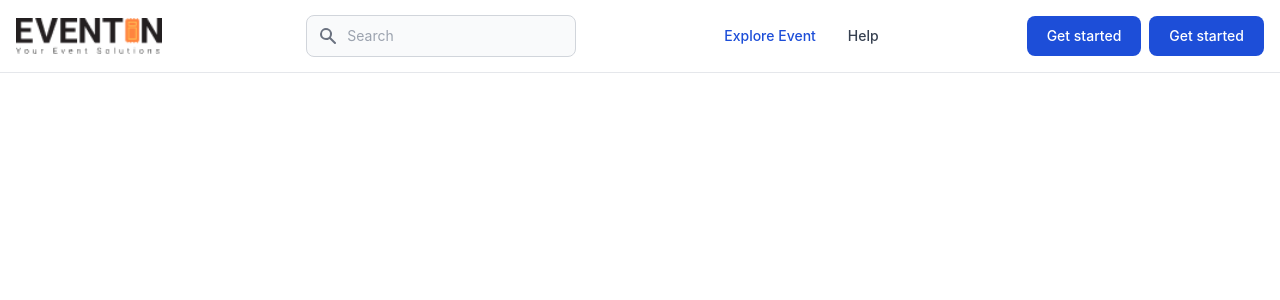
Repository: farrelmuhammad/eventon-indobild
Page: /
The author's editor kept a copy of each file at every save. The page is drawn from the files as they stood at one save, then again after the next save.
The browser window is 1280 px wide. The pictures show the whole page.
The project was rebuilt for these pictures with package versions that can differ from the ones it lists, and the page was loaded fresh each time. Also part of the build but not shown: src/App.css.

Above is the page before, as saved 2023-02-07 15:43:06.

### src/App.js
import logo from './logo.svg';
import './App.css';
import { Route, Routes } from 'react-router-dom';
import Home from './pages/Home';

function App() {
  return (
    <>
    <Routes>
      <Route exact path="/" element={<Home />} />
    </Routes>
    </>
  );
}

export default App;

### src/pages/Home.jsx
import React from 'react'
import Navbar from '../components/Navbar'

const Home = () => {
    return (
        <>
            <Navbar />
        </>
    )
}

export default Home

### src/components/Navbar.jsx
import React from 'react'
import Logo from "../assets/logo.png"

const Navbar = () => {
    return (

        <nav class="bg-white px-2 sm:px-4 py-2.5 fixed w-full z-20 top-0 left-0 border-b border-gray-200">
            <div class="container flex flex-wrap items-center justify-between mx-auto">
                <a href="https://flowbite.com/" class="flex items-center">
                    <img src={Logo} class="h-6 mr-3 sm:h-9" alt="Eventon Logo" />
                </a>

                <form class="flex items-center">
                    <label for="simple-search" class="sr-only">Search</label>
                    <div class="relative w-full">
                        <div class="absolute inset-y-0 left-0 flex items-center pl-3 pointer-events-none">
                            <svg aria-hidden="true" class="w-5 h-5 text-gray-500 dark:text-gray-400" fill="currentColor" viewBox="0 0 20 20" xmlns="http://www.w3.org/2000/svg"><path fill-rule="evenodd" d="M8 4a4 4 0 100 8 4 4 0 000-8zM2 8a6 6 0 1110.89 3.476l4.817 4.817a1 1 0 01-1.414 1.414l-4.816-4.816A6 6 0 012 8z" clip-rule="evenodd"></path></svg>
                        </div>
                        <input type="text" id="simple-search" class="bg-gray-50 border border-gray-300 text-gray-900 text-sm rounded-lg focus:ring-blue-500 focus:border-blue-500 block w-full pl-10 p-2.5" placeholder="Search" />
                    </div>
                    {/* <button type="submit" class="p-2.5 ml-2 text-sm font-medium text-white bg-blue-700 rounded-lg border border-blue-700 hover:bg-blue-800 focus:ring-4 focus:outline-none focus:ring-blue-300">
                        <svg class="w-5 h-5" fill="none" stroke="currentColor" viewBox="0 0 24 24" xmlns="http://www.w3.org/2000/svg"><path stroke-linecap="round" stroke-linejoin="round" stroke-width="2" d="M21 21l-6-6m2-5a7 7 0 11-14 0 7 7 0 0114 0z"></path></svg>
                        <span class="sr-only">Search</span>
                    </button> */}
                </form>

                <div class="flex md:order-2 gap-2">
                    <button type="button" class="text-white bg-blue-700 hover:bg-blue-800 focus:ring-4 focus:outline-none focus:ring-blue-300 font-medium rounded-lg text-sm px-5 py-2.5 text-center mr-3 md:mr-0">Get started</button>
                    <button type="button" class="text-white bg-blue-700 hover:bg-blue-800 focus:ring-4 focus:outline-none focus:ring-blue-300 font-medium rounded-lg text-sm px-5 py-2.5 text-center mr-3 md:mr-0">Get started</button>
                </div>
                <div class="items-center justify-between hidden w-full md:flex md:w-auto md:order-1" id="navbar-sticky">
                    <ul class="flex flex-col p-4 mt-4 border border-gray-100 rounded-lg bg-gray-50 md:flex-row md:space-x-8 md:mt-0 md:text-sm md:font-medium md:border-0 md:bg-white">
                        <li>
                            <a href="#" class="block py-2 pl-3 pr-4 text-white bg-blue-700 rounded md:bg-transparent md:text-blue-700 md:p-0 dark:text-white" aria-current="page">Explore Event</a>
                        </li>
                        <li>
                            <a href="#" class="block py-2 pl-3 pr-4 text-gray-700 rounded hover:bg-gray-100 md:hover:bg-transparent md:hover:text-blue-700 md:p-0">Help</a>
                        </li>
                    </ul>
                </div>
            </div>
        </nav>

    )
}

export default Navbar

Loaded but not shown: public/index.html (common file); src/index.js (common file); src/index.css (common file); src/reportWebVitals.js (common file); tailwind.config.js (common file)

After the next save:
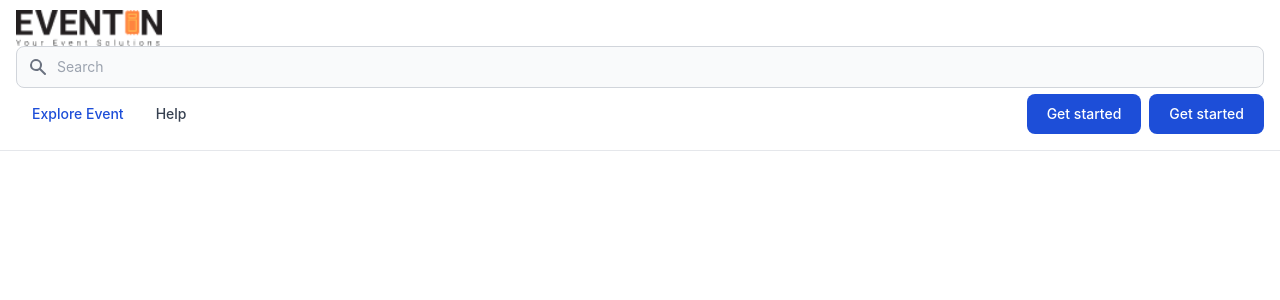
Saved 11 s later.
--- a/src/components/Navbar.jsx
+++ b/src/components/Navbar.jsx
@@ -10,7 +10,7 @@ const Navbar = () => {
                     <img src={Logo} class="h-6 mr-3 sm:h-9" alt="Eventon Logo" />
                 </a>
 
-                <form class="flex items-center">
+                <form class="flex items-center w-full">
                     <label for="simple-search" class="sr-only">Search</label>
                     <div class="relative w-full">
                         <div class="absolute inset-y-0 left-0 flex items-center pl-3 pointer-events-none">
